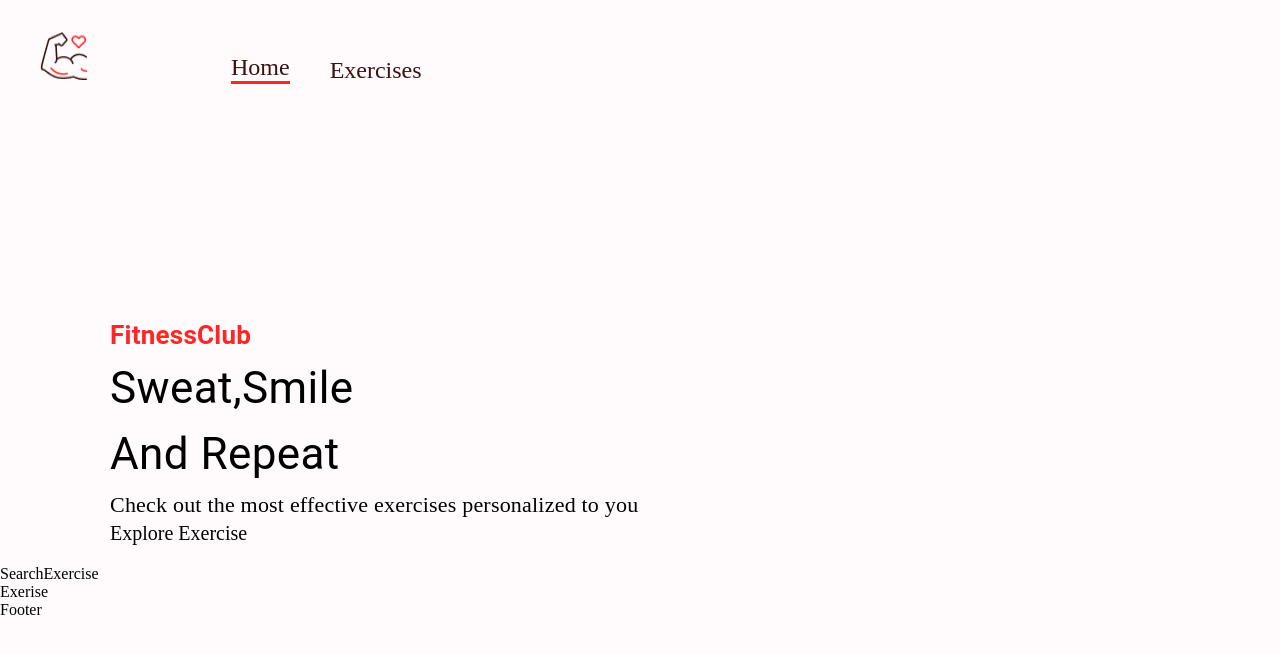
Repository: OmniaRafat232111121/Fitness
Page: /
An editor plug-in stored every save of this project. The page is shown before and after the next save, followed by the edit.
The browser window is 1280 px wide. The pictures show the whole page.
The project was rebuilt for these pictures with package versions that can differ from the ones it lists, and the page was loaded fresh each time. Also part of the build but not shown: src/Pags/ExerciseDetail.js.

Above is the page before, as saved 2022-07-14 00:40:06.

### src/index.js
import React from 'react';
import ReactDOM from 'react-dom/client';
import {
  BrowserRouter,

} from 'react-router-dom';
import App from './App';


const root = ReactDOM.createRoot(document.getElementById('root'));
root.render(
  <BrowserRouter >
  <App />
  </BrowserRouter>


);

### src/App.js
import React from 'react'
import {Route,Routes} from"react-router-dom"
import {Box} from'@mui/material'
import './App.css'
import Navbar from './components/Navbar'
import Home from './Pags/Home'
import ExerciseDetail from './Pags/ExerciseDetail'
import Footer from './components/Footer'
const App = () => {
  return (
<Box width ="400px" sx={{width:{xl:'1488px'}}} m="auto">
<Navbar />
<Routes>
<Route path="/"  element={<Home/>}/>
<Route path="/exercise:id"  element={<ExerciseDetail />}/>
</Routes>
<Footer />
</Box>
  )
}

export default App

### src/components/Navbar.js
import React from 'react'
import {Link} from 'react-router-dom'
import {Stack} from '@mui/material'
import Logo from '../assets/images/Logo.png'
const Navbar = () => (

    <Stack direction="row" justifyContent="space-around" sx={{ gap: { sm: '123px', xs: '40px' }, mt: { sm: '32px', xs: '20px' }, justifyContent: 'none' }} px="20px">
    <Link to="/">
      <img src={Logo} alt="logo" style={{ width: '48px', height: '48px', margin: '0px 20px' }} />
    </Link>
    <Stack
      direction="row"
      gap="40px"
      fontFamily="Alegreya"
      fontSize="24px"
      alignItems="flex-end"
    >
      <Link to="/" style={{ textDecoration: 'none', color: '#3A1212', borderBottom: '3px solid #FF2625' }}>Home</Link>
      <a href="#exercises" style={{ textDecoration: 'none', color: '#3A1212' }}>Exercises</a>
    </Stack>
  </Stack>
  );


export default Navbar

### src/Pags/Home.js
import React from 'react'
import {Box} from '@mui/material'
import HeroBanner from '../components/HeroBanner'
import SearchExercise from '../components/SearchExercise'
import Exerise from '../components/Exerise'
const Home = () => {
  return (
  <Box>
  <HeroBanner />
   <SearchExercise />
   <Exerise />
  </Box>
  );
}

export default Home

### src/components/HeroBanner.js
import React from 'react'
import {Box,Stack,Typography} from '@mui/material'
const HeroBanner = () => {
  return (
   <Box sx={{
    mt:{lg:'212px',xs:'70px'},
    ml:{sm:'90px'}
   }} position="realtive"  p="20px">
   <Typography color="#FF2625" fontWeight="600" fontSize="26px">FitnessClub</Typography>
   <Typography fontweight={700} sx={{fontSize:{lg:'44px',xs:'40px'}}}> Sweat,Smile<br />
   And Repeat  </Typography>
 <Typography style={{fontSize:'22px' ,fontFamily:"Alegreya", lineHeight:"35px"}}>
   Check out the most effective exercises personalized to you
   </Typography>

   <Stack>
   <a style={{color:"FF2625", fontWeight:"600px",fontSize:'20px'}} sx={{opacity:'0.1',display:{lg:'block',xs:'none'}}}>Explore Exercise</a>
   </Stack>
   </Box>
  )
}

export default HeroBanner

### src/components/SearchExercise.js
import React from 'react'

const SearchExercise = () => {
  return (
    <div>SearchExercise</div>
  )
}

export default SearchExercise

### src/components/Exerise.js
import React from 'react'

const Exerise = () => {
  return (
    <div>Exerise</div>
  )
}

export default Exerise

Loaded but not shown: public/index.html (common file); src/App.css (common file); src/components/Footer.js (common file)

After the next save:
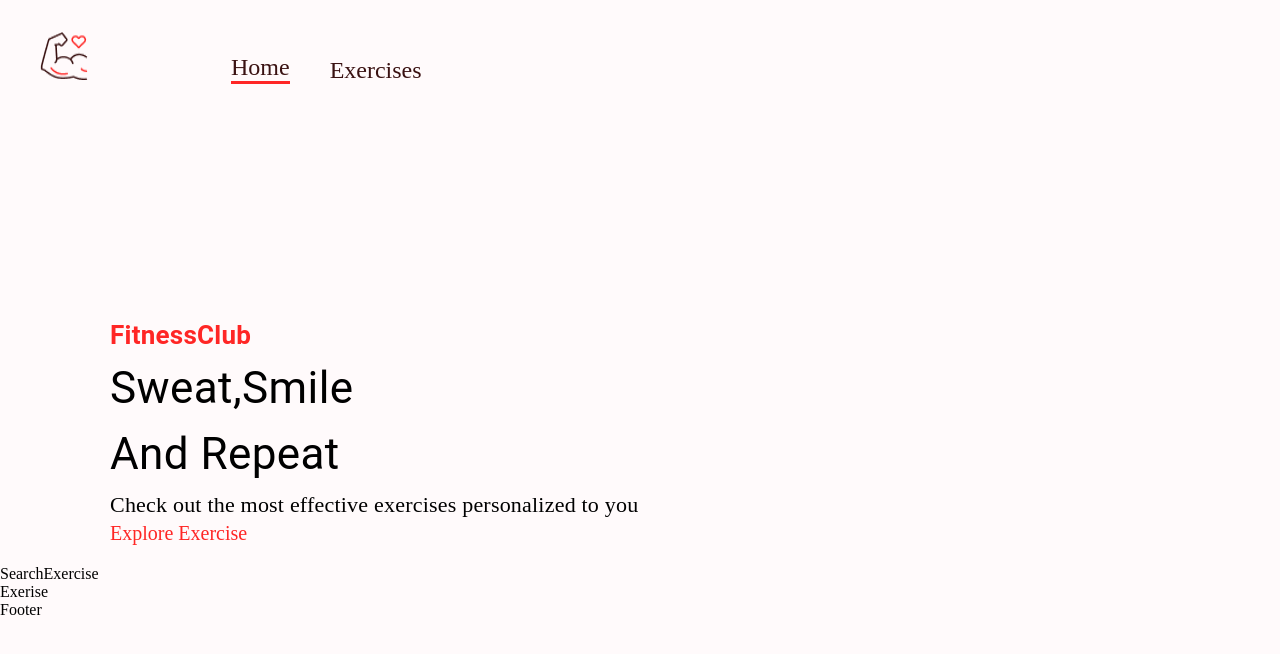
Saved 8 s later.
--- a/src/components/HeroBanner.js
+++ b/src/components/HeroBanner.js
@@ -14,7 +14,7 @@
    </Typography>
 
    <Stack>
-   <a style={{color:"FF2625", fontWeight:"600px",fontSize:'20px'}} sx={{opacity:'0.1',display:{lg:'block',xs:'none'}}}>Explore Exercise</a>
+   <a style={{color:"#FF2625", fontWeight:"600px",fontSize:'20px'}} sx={{opacity:'0.1',display:{lg:'block',xs:'none'}}}>Explore Exercise</a>
    </Stack>
    </Box>
   )

After the 6 saves that followed:
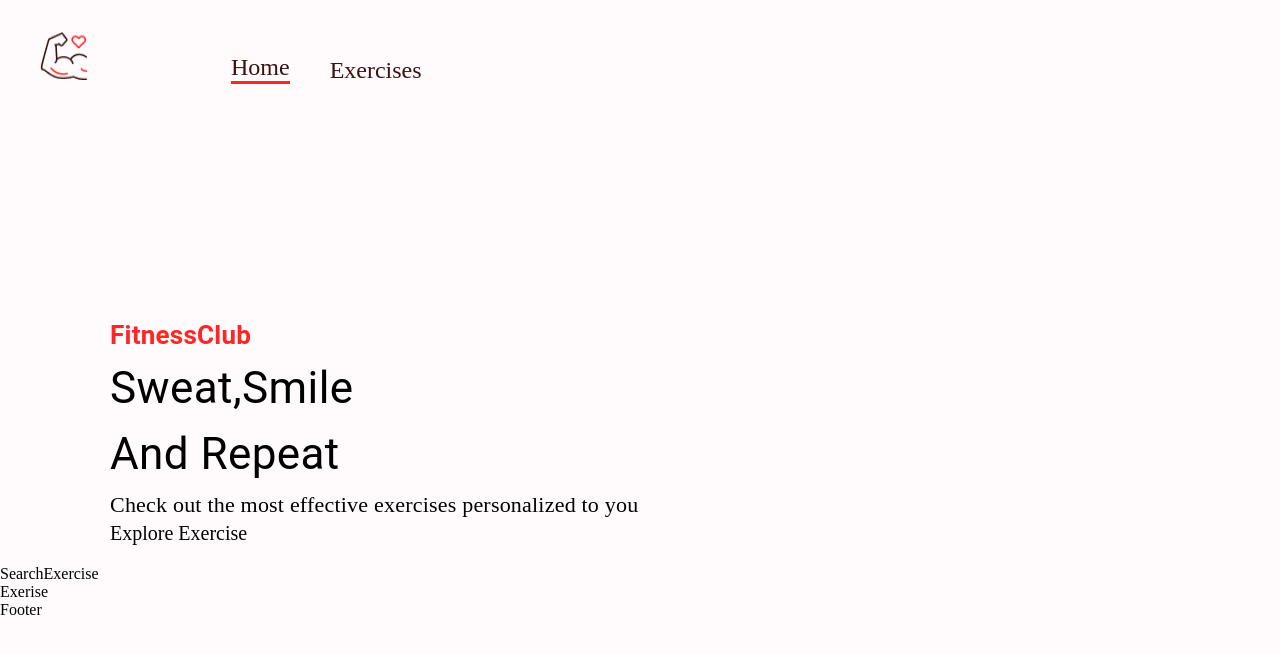
The 6 saves are shown as one change because they came seconds apart.
The last was saved 13 s later.
--- a/src/components/HeroBanner.js
+++ b/src/components/HeroBanner.js
@@ -14,7 +14,7 @@
    </Typography>
 
    <Stack>
-   <a style={{color:"#FF2625", fontWeight:"600px",fontSize:'20px'}} sx={{opacity:'0.1',display:{lg:'block',xs:'none'}}}>Explore Exercise</a>
+   <a style={{backfroundcolor:"#FF2625", fontWeight:"600px",fontSize:'20px'}} sx={{opacity:'0.1',display:{lg:'block',xs:'none'}}}>Explore Exercise</a>
    </Stack>
    </Box>
   )
